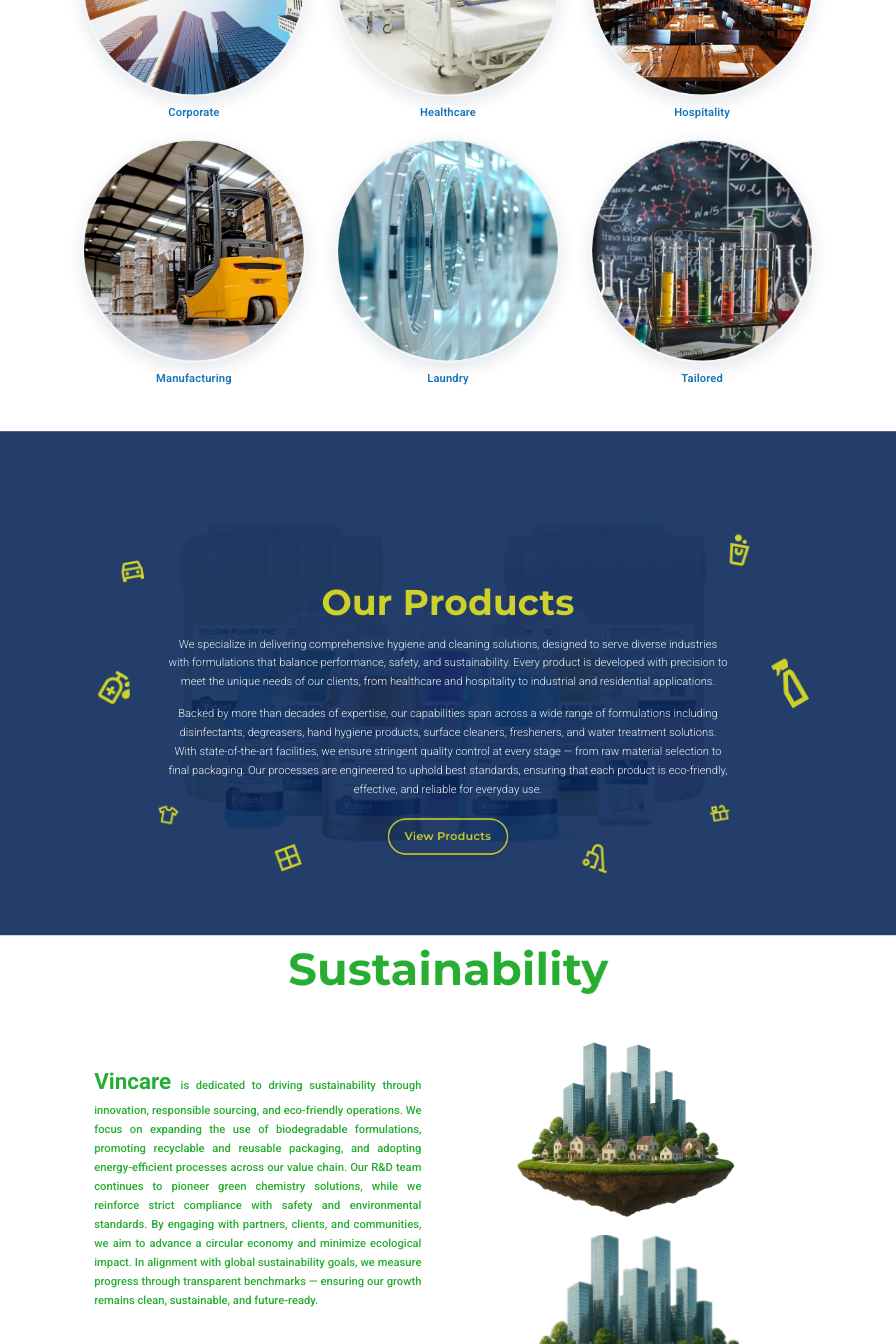
Repository: Yeshwanth-189/vincare
Page: / (app in vincare-frontend/)
These files come from the project's save history. The page is drawn as it stood at one moment and after the next save; the edit follows.
The browser window is 1280 px wide. The pictures show the part of the page from y = 4580 to 6500 px (the page is 6970 px tall), at 70% of full size.
Pictures or frames that could not be fetched are drawn as grey boxes. The project was rebuilt for these pictures with package versions that can differ from the ones it lists, and the page was loaded fresh each time. Also part of the build but not shown: vincare-frontend/vite.config.js. Imported but missing from the stored project, and not drawn on this page: vincare-frontend/src/assets/green-globe-white-bg.mp4.

Above is the page before, as saved 2025-09-25 20:51:56.

After the next save:
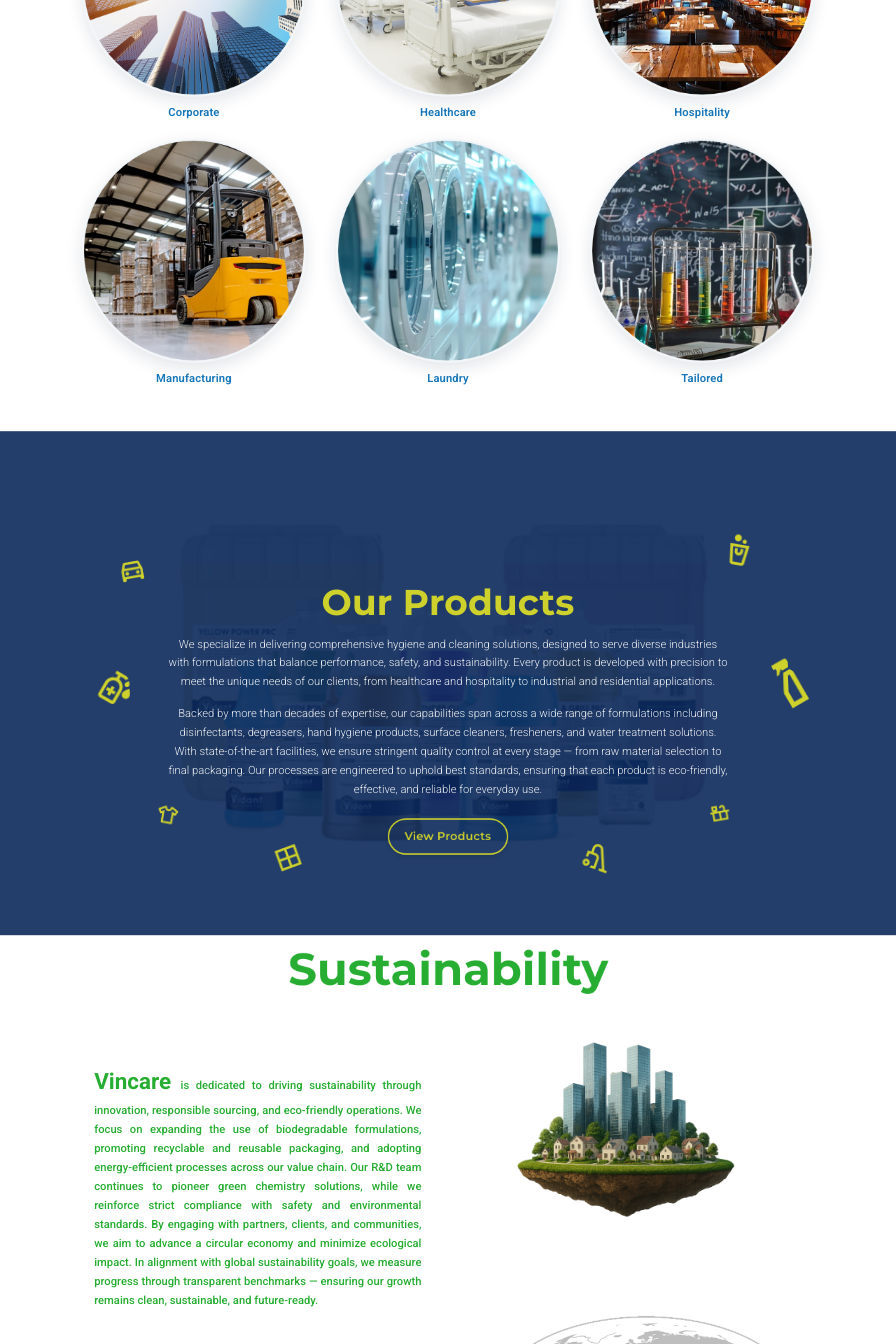
Saved 4 s later.
--- a/vincare-frontend/src/components/SustainabilityGreenManf.jsx
+++ b/vincare-frontend/src/components/SustainabilityGreenManf.jsx
@@ -19,7 +19,7 @@
   icon = green,
   videoSrc = greenglobewhitebg,
   poster = sust1,
-  imageSrc = sust1,
+  imageSrc = earthgrey,
 }) {
   const headingRef = useRef(null);
 
